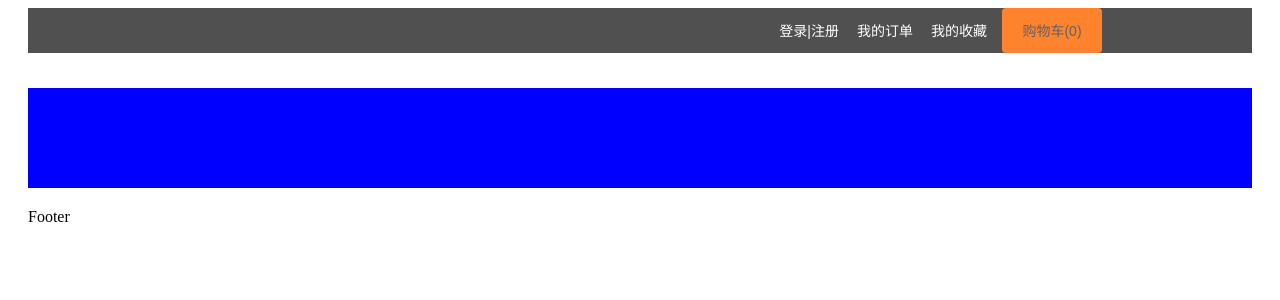
Repository: zhenghaochang/---
Page: / (app in xiaomi/)
These files come from the project's save history. The page is drawn as it stood at one moment and after the next save; the edit follows.
The browser window is 1280 px wide. The pictures show the whole page.
The project was rebuilt for these pictures with package versions that can differ from the ones it lists, and the page was loaded fresh each time. Also part of the build but not shown: xiaomi/vite.config.js.

Above is the page before, as saved 2025-07-31 09:43:28.

After the next save:
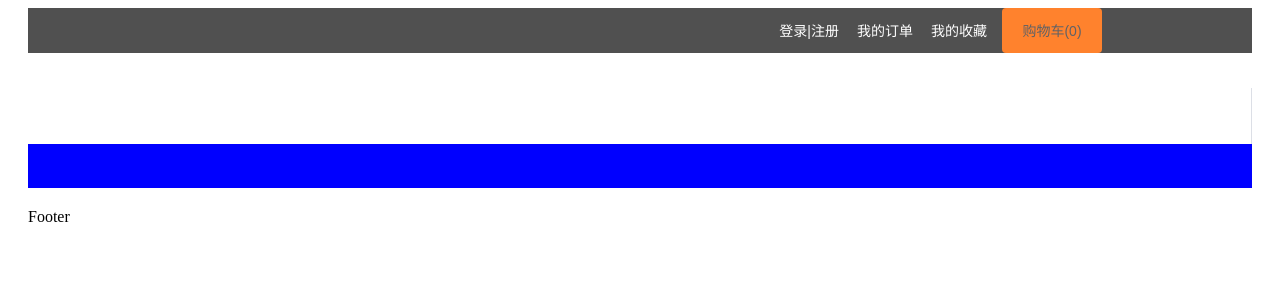
Saved 9 s later.
--- a/xiaomi/src/components/main.vue
+++ b/xiaomi/src/components/main.vue
@@ -4,7 +4,11 @@
 
 <template>
     <div style="width:100%;height:100px;background:blue">
-        <el-menu></el-menu>
+        <el-menu>
+            <el-menu-item>
+
+            </el-menu-item>
+        </el-menu>
     </div>
 </template>
 
